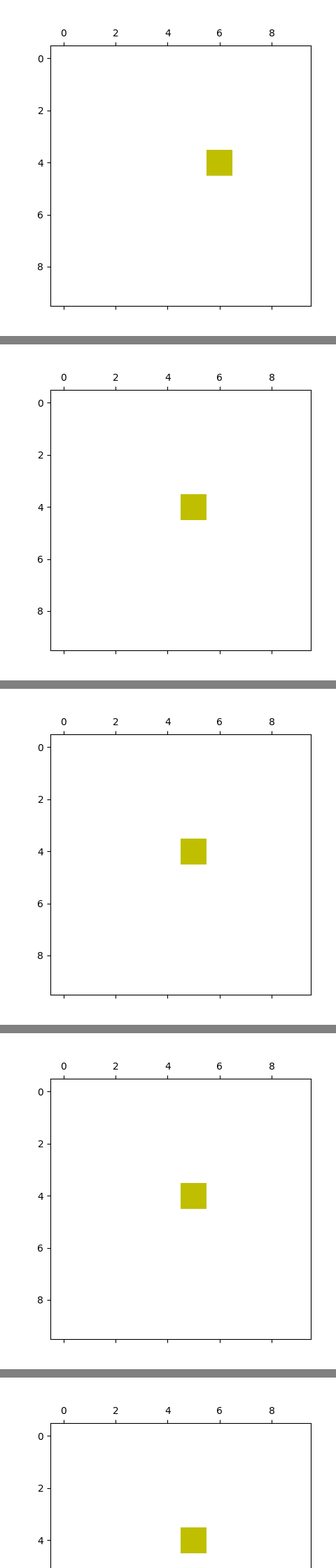
Repository: eduardodut/Trabalho_final_estatistica_cd
Script's output: python src/Simulador.py
An editor plug-in stored every save of this project. The script's output is shown before and after the next save, followed by the edit.
The pictures show rows 0 to 2240 of an output 3924 px tall, at 70% of full size.
Each picture stacks the figures in order, with grey between them; figures that are only written to a file come last. The script is stopped after its 8th figure. Random numbers start from a fixed seed.

Above is the script's output before, as saved 2020-07-10 19:19:49.

After the next save:
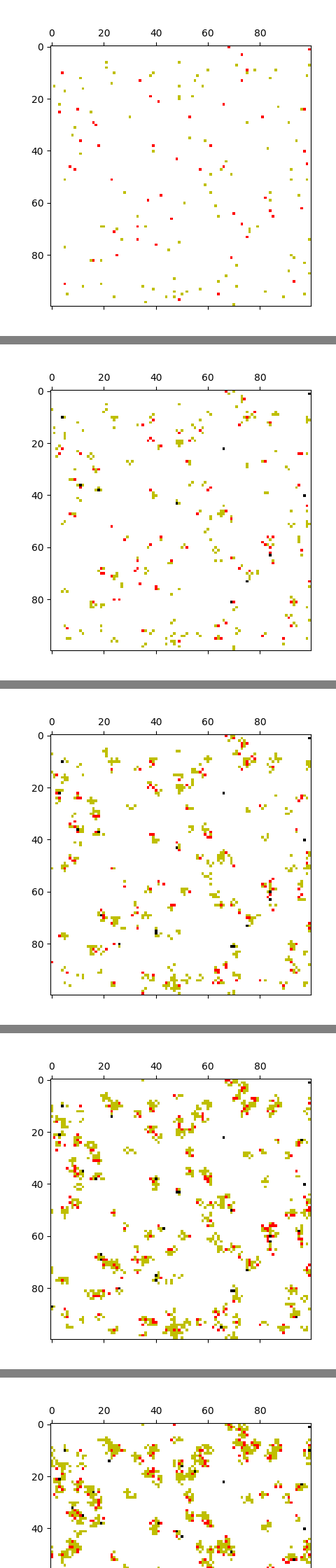
Saved 2 min 30 s later.
--- a/src/Simulador.py
+++ b/src/Simulador.py
@@ -335,12 +335,12 @@
 chance_infeccao_tipo2 = 0.2
 chance_morte = 0.2
 atualizacoes_cura = 10
-percentual_inicial_tipo1 = 0.0
-percentual_inicial_tipo2 = 0.0
+percentual_inicial_tipo1 = 0.01
+percentual_inicial_tipo2 = 0.005
 
 
 sim = Simulador(
-    10,
+    100,
     percentual_inicial_tipo1,
     percentual_inicial_tipo2,
     chance_infeccao,

After the save that followed:
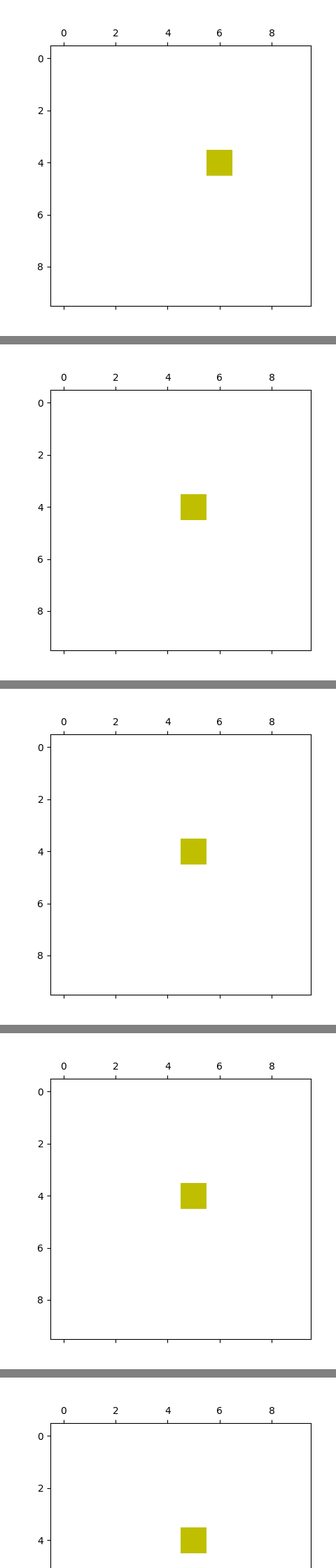
Saved 81 s later.
--- a/src/Simulador.py
+++ b/src/Simulador.py
@@ -340,7 +340,7 @@
 
 
 sim = Simulador(
-    100,
+    10,
     percentual_inicial_tipo1,
     percentual_inicial_tipo2,
     chance_infeccao,
